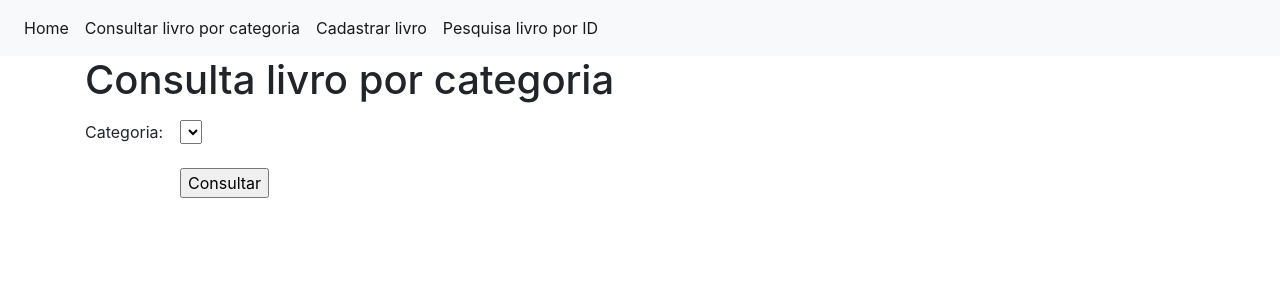
Repository: SrtaVerdant/projeto-livraria
Page: http://localhost/ProjetoLivraria/listaLivroPorCategoria.jsp
The author's editor kept a copy of each file at every save. The page is drawn from the files as they stood at one save, then again after the next save.
The browser window is 1280 px wide. The pictures show the whole page.
Some web libraries are served in a nearby version. The page is served by Tomcat 9. Queries for data that is not in the repository find no rows.

Above is the page before, as saved 2022-10-30 14:54:13.

After the next save:
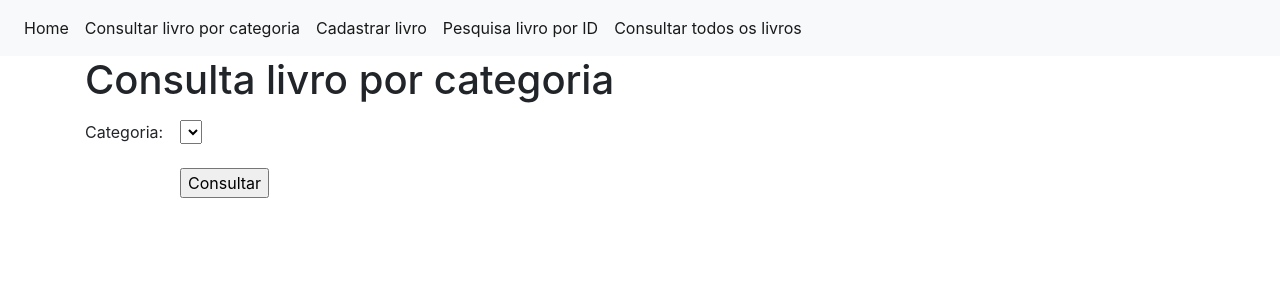
Saved 11 s later.
--- a/ProjetoLivraria/src/main/webapp/listaLivroPorCategoria.jsp
+++ b/ProjetoLivraria/src/main/webapp/listaLivroPorCategoria.jsp
@@ -28,18 +28,21 @@
 		<nav class="navbar navbar-expand-lg navbar-light bg-light">
 		  <div class="collapse navbar-collapse" id="navbarNav">
 		    <ul class="navbar-nav">
-		    <li class="nav-item active">
+		    	<li class="nav-item active">
 			        <a class="nav-link" href="index.jsp">Home</a>
-			     </li>
+			    </li>
 		   		<li class="nav-item active">
-		        <a class="nav-link" href="#">Consultar livro por categoria</a>
-		      </li>
-		      <li class="nav-item active">
-		        <a class="nav-link" href="adicionar.jsp">Cadastrar livro</a>
-		      </li>
-		      <li class="nav-item active">
-		        <a class="nav-link" href="#">Pesquisa livro por ID</a>
-		      </li>
+			        <a class="nav-link" href="#">Consultar livro por categoria</a>
+			    </li>
+		      	<li class="nav-item active">
+		        	<a class="nav-link" href="adicionar.jsp">Cadastrar livro</a>
+		      	</li>
+		      	<li class="nav-item active">
+		        	<a class="nav-link" href="pesquisaLivroPorId.jsp">Pesquisa livro por ID</a>
+		      	</li>
+		      	<li class="nav-item active">
+	        		<a class="nav-link" href="consultar.jsp">Consultar todos os livros</a>
+	      		</li>
 		    </ul>
 		  </div>
 		</nav>
